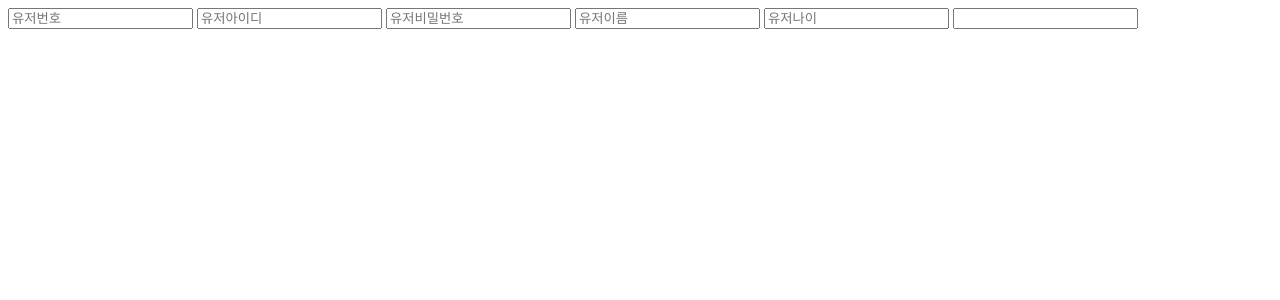
Repository: poiup/Spring
Page: http://localhost/SpringBasic/userInfo
The author's editor kept a copy of each file at every save. The page is drawn from the files as they stood at one save, then again after the next save.
The browser window is 1280 px wide. The pictures show the whole page.
The page is served by Tomcat 9.

Above is the page before, as saved 2022-03-31 05:46:54.

After the next save:
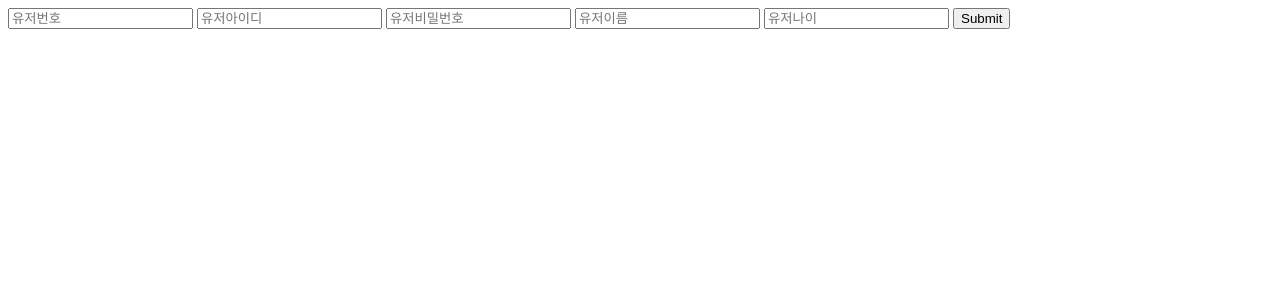
Saved 6 s later.
--- a/SpringBasic/src/main/webapp/WEB-INF/views/userform.jsp
+++ b/SpringBasic/src/main/webapp/WEB-INF/views/userform.jsp
@@ -13,7 +13,7 @@
 		<input type="password" name="userPw" placeholder="유저비밀번호">
 		<input type="text" name="userName" placeholder="유저이름">
 		<input type="number" name="userAge" placeholder="유저나이">
-		<input typ="submit">
+		<input type="submit">
 	</form>
 </body>
 </html>
